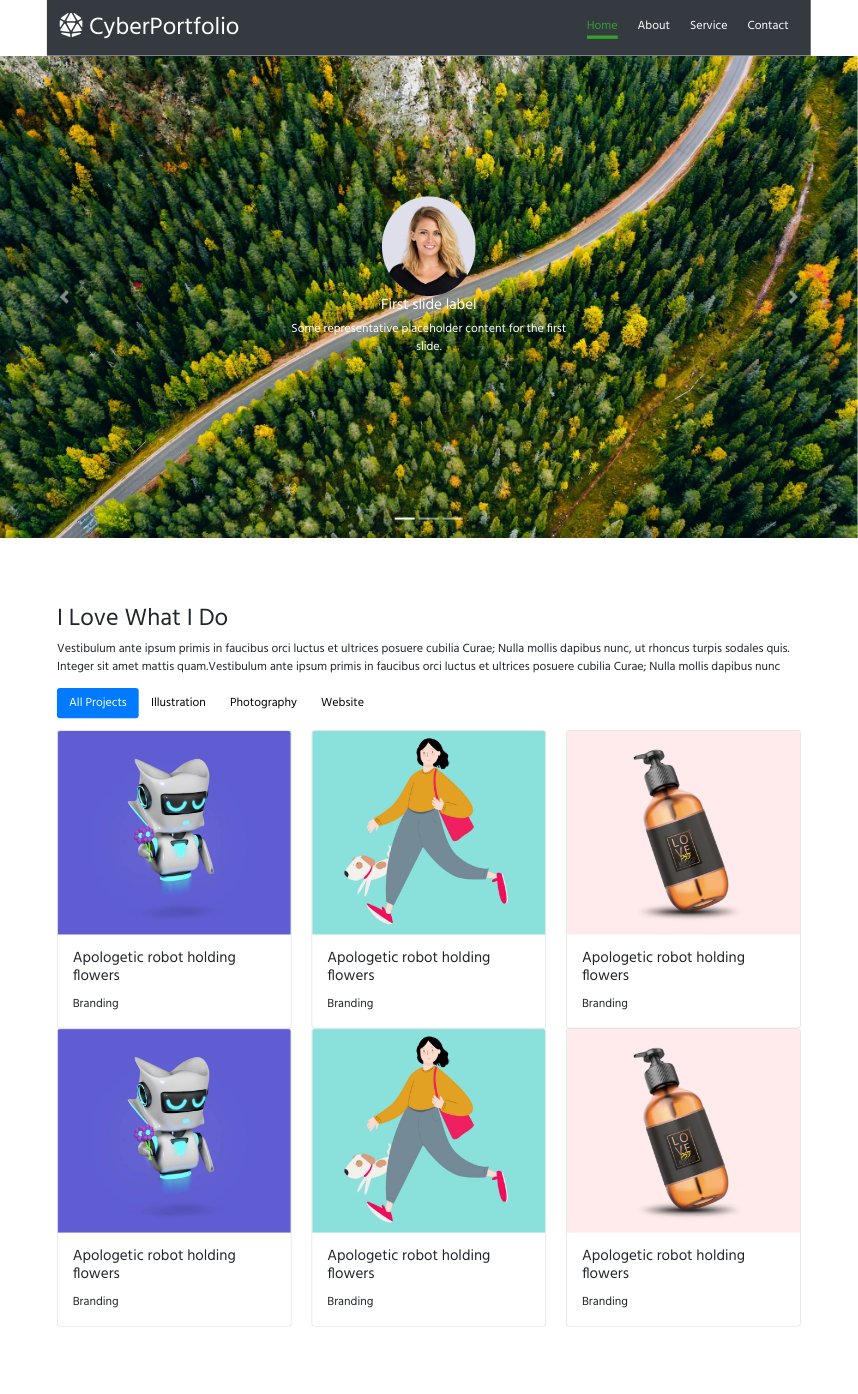
Repository: thanhfrankie/portfolio
Page: index.html
These files come from the project's save history. The page is drawn as it stood at one moment and after a run of saves; the edit follows.
The browser window is 1280 px wide. The pictures show the whole page, at 67% of full size.

Above is the page before, as saved 2023-11-30 09:43:55.

After the next 2 saves:
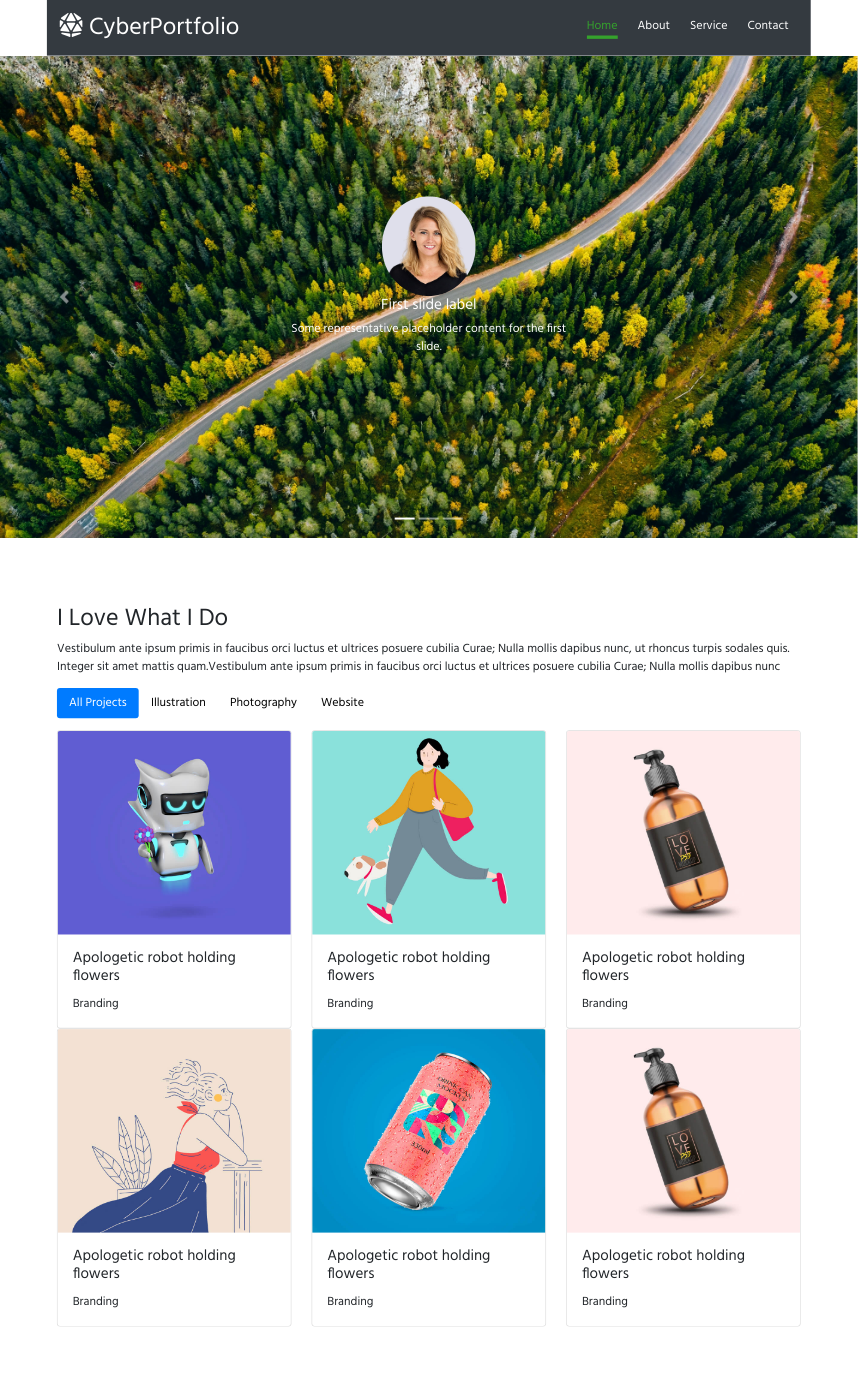
The 2 saves are shown as one change because they came seconds apart.
The last was saved 15 s later.
--- a/index.html
+++ b/index.html
@@ -161,16 +161,16 @@
               <!-- cột dư sẽ được đẩy xuống hàng 2 -->
               <div class="col-4">
                 <div class="card">
-                  <img src="./img/g1.jpg" class="card-img-top" alt="...">
-                  <div class="card-body">
-                    <h5 class="card-title">Apologetic robot holding flowers</h5>
-                    <p class="card-text">Branding</p>
-                  </div>
-                </div>
-              </div>
-              <div class="col-4">
-                <div class="card">
-                  <img src="./img/g2.jpg" class="card-img-top" alt="...">
+                  <img src="./img/g4.jpg" class="card-img-top" alt="...">
+                  <div class="card-body">
+                    <h5 class="card-title">Apologetic robot holding flowers</h5>
+                    <p class="card-text">Branding</p>
+                  </div>
+                </div>
+              </div>
+              <div class="col-4">
+                <div class="card">
+                  <img src="./img/g5.jpg" class="card-img-top" alt="...">
                   <div class="card-body">
                     <h5 class="card-title">Apologetic robot holding flowers</h5>
                     <p class="card-text">Branding</p>
